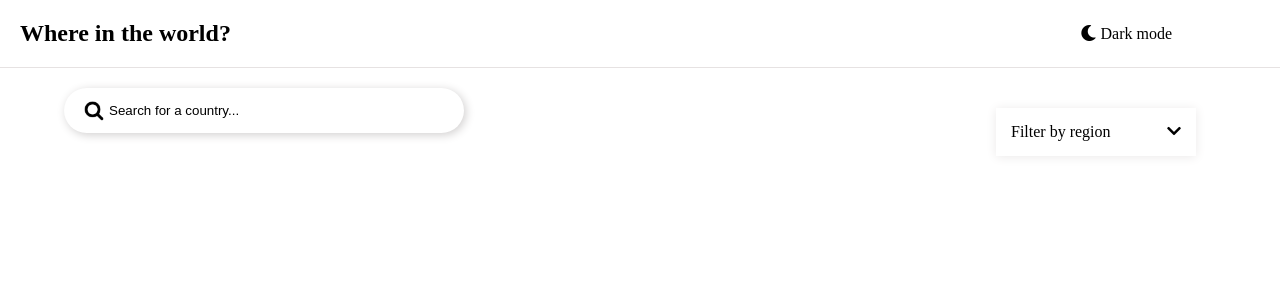
Repository: Eugene44-hub/countryProj
Page: index.html
An editor plug-in stored every save of this project. The page is shown before and after the next save, followed by the edit.
The browser window is 1280 px wide. The pictures show the whole page.
The page's requests for data from a server got no answer.

Above is the page before, as saved 2021-10-10 20:59:16.

### index.html
<!DOCTYPE html>
<html lang="en">

<head>
    <link rel="stylesheet" href="css/all.css">
    <link rel="stylesheet" href="style.css">
    <meta charset="UTF-8">
    <meta http-equiv="X-UA-Compatible" content="IE=edge">
    <meta name="viewport" content="width=device-width, initial-scale=1.0">
    <title>Document</title>
</head>
<div class="header-container">
    <header>
        <h2>Where in the world?</h2>
        <div class="mode"><i class="fas fa-moon"></i> Dark mode</div>
    </header>

</div>

<body>
    <div class="container">
        <div class="search-filter">
            <label for="search">
                     <input type="text" placeholder="Search for a country..." id="search">
            </label>



            <div class="select">
                <div class="default-text">Filter by region <i class="fas fa-chevron-down"></i>
                </div>
                <ul>
                    <li id="asia">Asia</li>
                    <li id='europe'>Europe</li>
                    <li id="africa">Africa</li>
                    <li id="oceania">Oceania</li>
                    <li id="america">America</li>
                </ul>
            </div>

        </div>
        <div class="country-container">

            <div class="countries">


            </div>
        </div>
    </div>

</body>

<script src="data.js"></script>
<script src="app.js"></script>
<script src="UI.js"></script>

</html>

### style.css
* {
    padding: 0;
    margin: 0;
    box-sizing: border-box;
}

.container {
    width: 90%;
    margin: auto;
}

.countries {
    display: flex;
    flex-wrap: wrap;
    justify-content: space-between;
    margin: auto;
}

img {
    width: 100%;
    height: 150px;
    border-bottom-left-radius: 0px;
    border-bottom-right-radius: 0px;
    border-top-right-radius: 5px;
    border-top-left-radius: 5px;
}

.country {
    width: 265px;
    margin: 20px;
    border-radius: 10px;
}

.about-country {
    padding: 0px 20px;
    line-height: 2;
    margin-bottom: 20px;
}

h3 {
    font-size: small
}

.country {
    box-shadow: 2px 4px 15px rgb(235, 235, 235), -2px 0px 15px rgb(235, 235, 235);
}

#name {
    font-weight: bold;
    line-height: 5;
    font-size: 16px
}

span {
    font-weight: bold;
}

#population,
#region,
#capital {
    font-size: 14px;
}

header {
    display: flex;
    justify-content: space-between;
    width: 90%;
    margin: 20px;
    align-items: center;
}

.header-container {
    border-bottom: 1px solid rgb(230, 226, 226);
}

input {
    padding: 15px;
    width: 300px;
    border-radius: 50px;
}

.search-filter {
    display: flex;
    flex-wrap: wrap;
    flex: 100%;
    justify-content: space-between;
    margin: 20px 0;
}

ul {
    list-style: none;
    position: absolute;
    background-color: white;
    box-shadow: 1px 4px 10px rgb(184, 178, 178);
    display: none;
    margin: 0 0;
    border-radius: 0 0px 5px 5px;
}

@keyframes margin {
    from {
        margin: 0;
        opacity: 0;
    }
    to {
        margin: 10px 0;
        opacity: 1;
    }
}

.select:hover ul {
    display: block;
    cursor: pointer;
    animation: margin .2s;
    margin: 1px 0;
}

li:hover {
    background-color: rgb(111, 111, 247);
    color: white;
    transition: all .5s;
}

.select {
    margin: 20px;
    background-color: white;
    box-shadow: 0px 1px 10px rgb(235, 233, 233);
}

label[for=filter] {
    position: relative;
}

li,
.default-text {
    padding: 15px;
    position: relative;
    cursor: pointer;
    width: 200px;
}

.fa-chevron-down {
    float: right;
}

::placeholder {
    color: black;
    padding-left: 30px;
}

#search {
    background-image: url('search\ icon.png');
    background-size: 20px;
    background-repeat: no-repeat;
    background-position-y: center;
    background-position-x: 20px;
    border: none;
    outline: none;
    box-shadow: 2px 2px 10px rgb(209, 207, 207);
    width: 400px;
}

#search:focus {
    background-image: none;
}

@media screen and (max-width:720px) {
    .countries {
        justify-content: center;
    }
    .select {
        margin: 15px 0;
    }
}


/*

#europe {
    line-height: 6;
}

#africa {
    line-height: 11;
}

#oceania {
    line-height: 16;
}

#america {
    line-height: 21;
} */


/* # Front-end Style Guide

## Layout

The designs were created to the following widths:

- Mobile: 375px
- Desktop: 1440px

## Colors

### Neutral

- Dark Blue (Dark Mode Elements): hsl(209, 23%, 22%)
- Very Dark Blue (Dark Mode Background): hsl(207, 26%, 17%)
- Very Dark Blue (Light Mode Text): hsl(200, 15%, 8%)
- Dark Gray (Light Mode Input): hsl(0, 0%, 52%)
- Very Light Gray (Light Mode Background): hsl(0, 0%, 98%)
- White (Dark Mode Text & Light Mode Elements): hsl(0, 0%, 100%)

## Typography

### Body Copy

- Homepage Items: 14px
- Detail Page: 16px

### Fonts

- Family: [Nunito Sans](https://fonts.google.com/specimen/Nunito+Sans)
- Weights: 300, 600, 800

## Icons

For the icons, you can use a font icon library. Don't worry if the icons that you choose don't look exactly like they do on the design.

Some suggestions can be found below:

- [Font Awesome](https://fontawesome.com)
- [IcoMoon](https://icomoon.io)
- [Ionicons](https://ionicons.com) */


/*
com) - [IcoMoon](https: //icomoon.io)
- [Ionicons](https: //ionicons.com) */

### data.js
const url = 'https://restcountries.com/v3.1/all';

class Country {
    getCountries = async function() {
        const response = await fetch(url);
        const data = await response.json();

        return {
            data
        }
    }
}

### app.js
const country = new Country;
const search = document.querySelector('#search');
country.getCountries()
    .then(data => {
        const ui = new UI(data.data)
        ui.display();
        console.log(data.data[1].name.common)

    })

search.addEventListener('input', e => {
    UI.searchDisplay(search)
    console.log(search)
})

### UI.js
class UI {
    constructor(country) {
        this.country = country;
    }

    display() {
        let countries = document.querySelector('.countries');
        let output = '';
        let zero = 0;
        for (let i = 0; i < this.country.length; i++) {


            if (this.country[i].capital === undefined) {
                output += `
              <div class="country">
              <div class="image">
             <img src=${this.country[i].flags.png}>
              </div>
              <div class="about-country">
              <p id=name>${this.country[i].name.common}</p>
              <p id="population">Population: ${this.country[i].population}</p>
                  <p id="region">Region: ${this.country[i].region}</p>
                  <p id="capital">Capital: No capital</p>
              </div>
          </div>`
            } else {
                output += `
              <div class="country">
              <div class="image">
             <img src=${this.country[i].flags.png}>
              </div>
              <div class="about-country">
              <p id=name>${this.country[i].name.common}</p>
                  <p id="population"><span>Population</span>: ${this.country[i].population}</p>

                  <p id="region"><span>Region</span>: ${this.country[i].region}</p>

                  <p id="capital"><span>Capital</span>: ${this.country[i].capital[0]}</p>
              </div>
          </div>`
            }
        }
        countries.innerHTML = output
    }
    static searchDisplay(input) {
        if (input.value !== '') {
            input.style.backgroundImage = 'none';
        } else {
            input.style.backgroundImage = `url('search\ icon.png')`;
        }
    }
}



/*  */

Loaded but not shown: css/all.css (library)

After the next save:
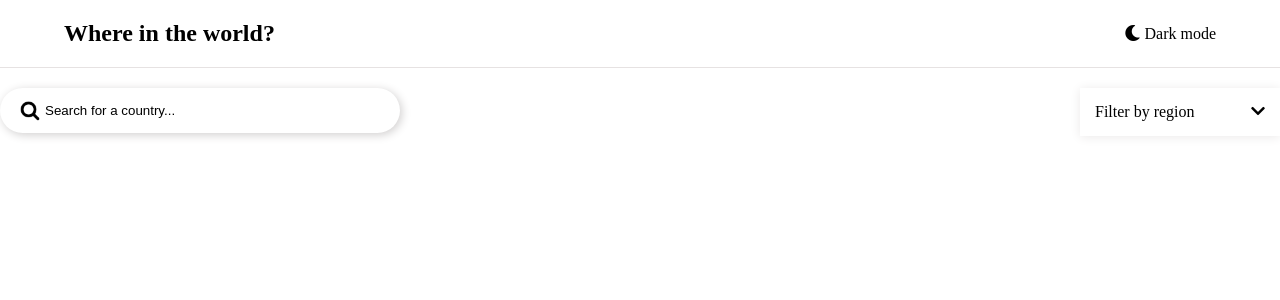
Saved 36 s later.
--- a/style.css
+++ b/style.css
@@ -5,7 +5,7 @@
 }
 
 .container {
-    width: 90%;
+    width: %;
     margin: auto;
 }
 
@@ -27,7 +27,7 @@ img {
 
 .country {
     width: 265px;
-    margin: 20px;
+    margin: 20px 0;
     border-radius: 10px;
 }
 
@@ -65,7 +65,7 @@ header {
     display: flex;
     justify-content: space-between;
     width: 90%;
-    margin: 20px;
+    margin: 20px auto;
     align-items: center;
 }
 
@@ -122,7 +122,7 @@ li:hover {
 }
 
 .select {
-    margin: 20px;
+    right: 0;
     background-color: white;
     box-shadow: 0px 1px 10px rgb(235, 233, 233);
 }
